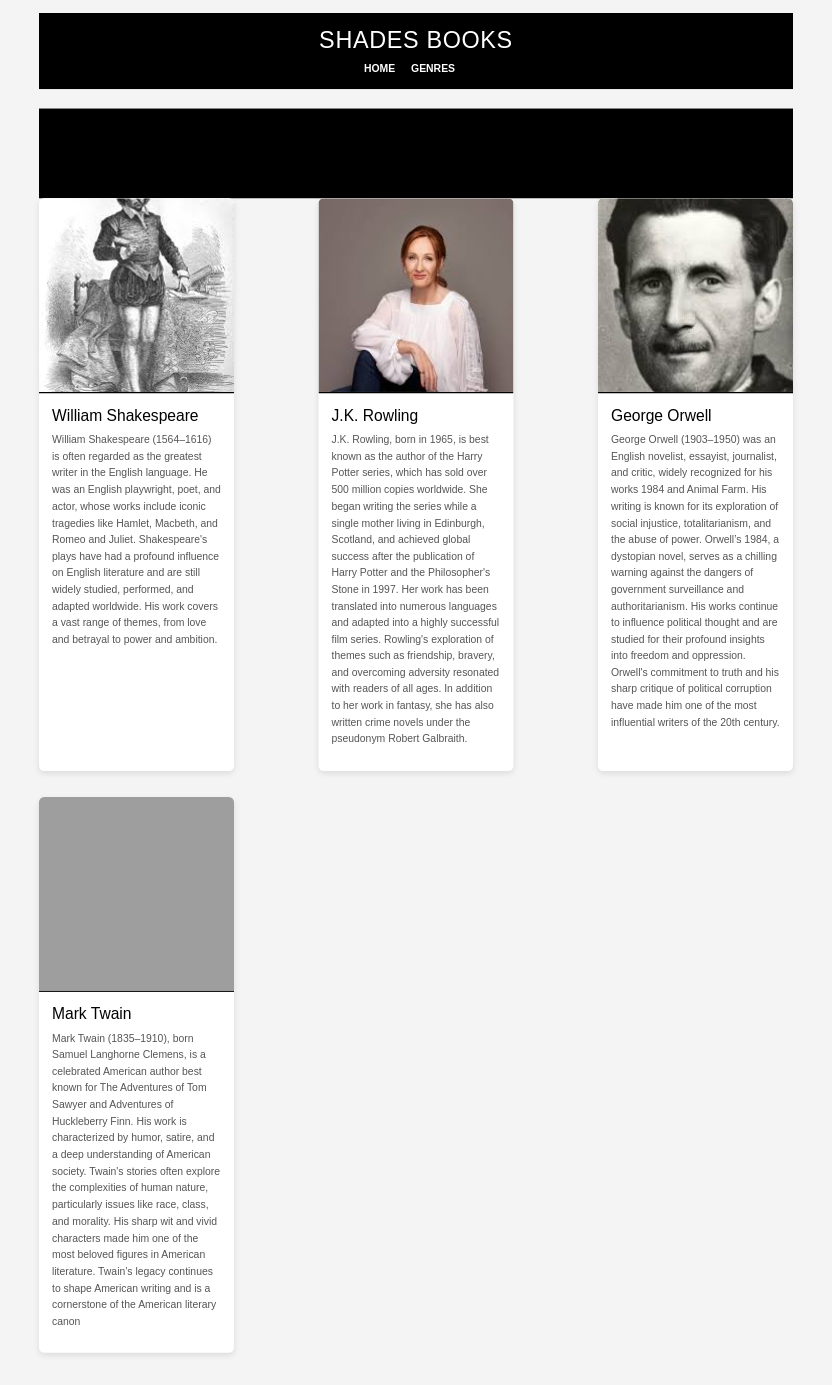
Repository: Harishsuresh-kumar/Library-Web
Page: WORK SITE/rough.html
These files come from the project's save history. The page is drawn as it stood at one moment and after the next save; the edit follows.
The browser window is 1280 px wide. The pictures show the whole page, at 65% of full size.
Pictures or frames that could not be fetched are drawn as grey boxes.

Above is the page before, as saved 2024-11-07 00:56:12.

After the next save:
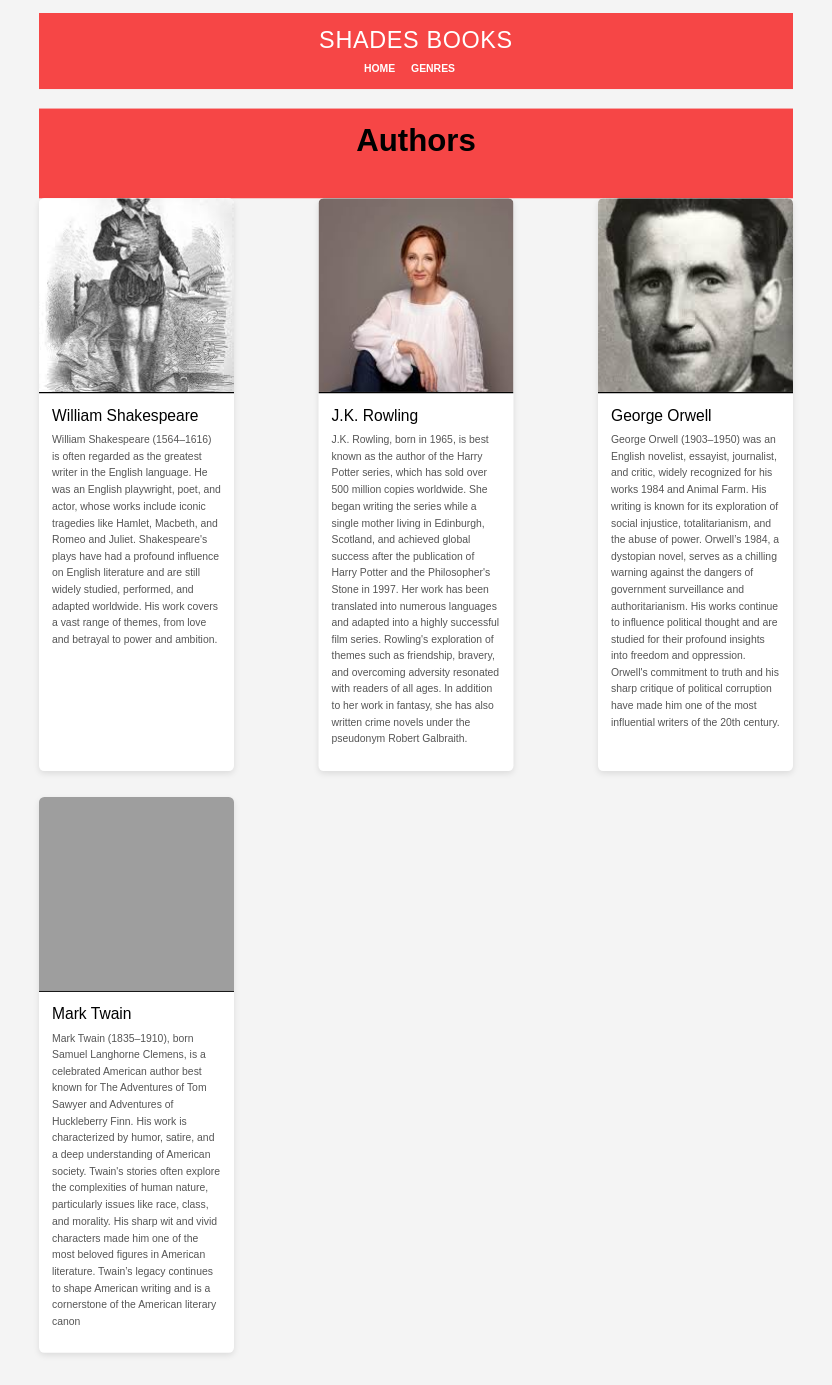
Saved 64 s later.
--- a/WORK SITE/rough.css
+++ b/WORK SITE/rough.css
@@ -15,7 +15,7 @@
 
 /* Header Styles */
 header {
-    background-color: #000;
+    background-color: #f64646;
     color: #fff;
     padding: 20px 0;
     text-align: center;
